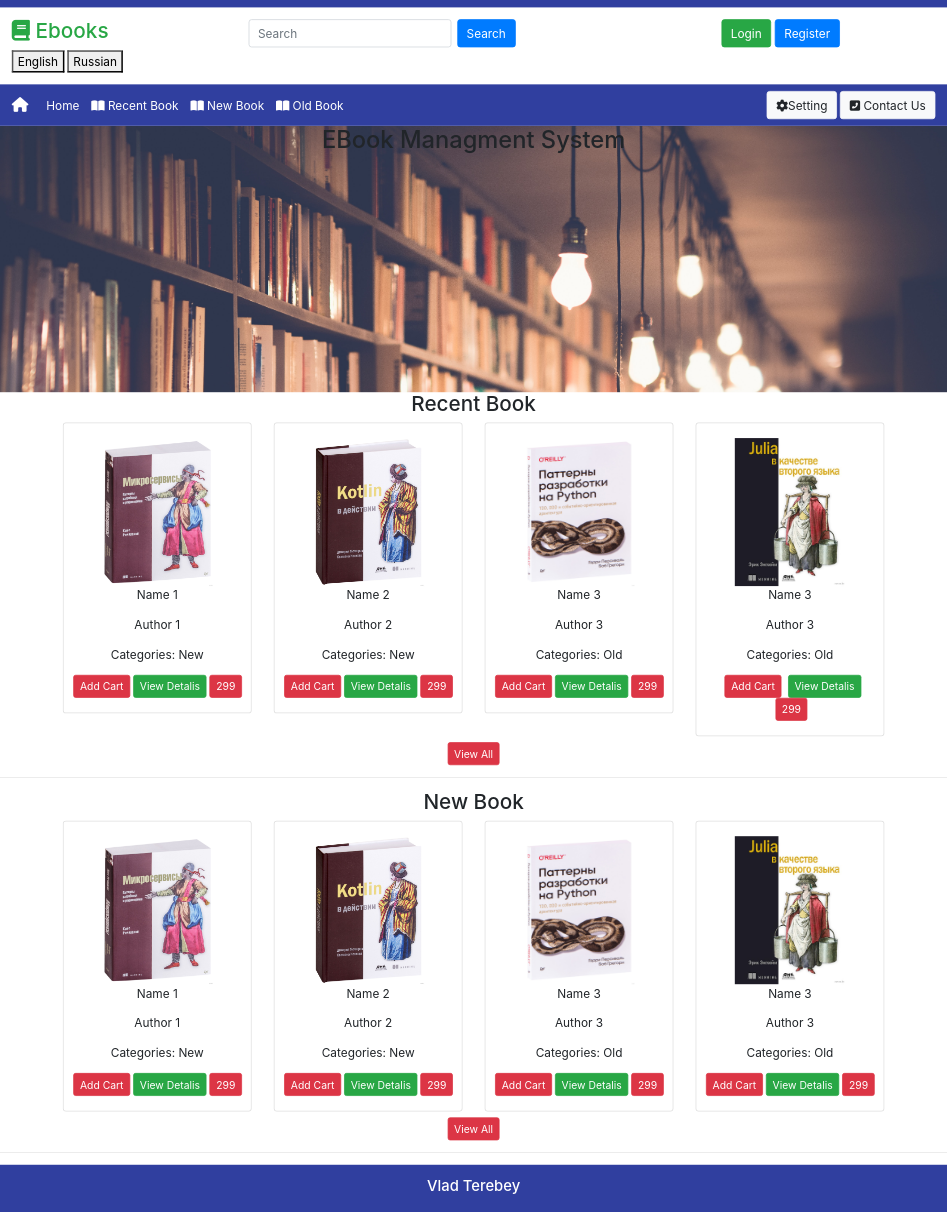
Repository: vladterebey/Web-Technologies
Page: http://localhost/Ebook-App/
The author's editor kept a copy of each file at every save. The page is drawn from the files as they stood at one save, then again after the next save.
The browser window is 1280 px wide. The pictures show the whole page, at 74% of full size.
Some web libraries are served in a nearby version. The page is served by Tomcat 10. Other server files are loaded and not shown.

Above is the page before, as saved 2023-11-20 09:22:08.

### Ebook-App/src/main/webapp/index.jsp
<%@ page import="java.sql.Connection" %>
<%@ page import="com.db.DbConnect" %>
<%@ taglib uri="http://java.sun.com/jsp/jstl/core" prefix="c" %>
<!DOCTYPE html>
<html>
<head>
<meta charset="ISO-8859-1">
<title>Ebook</title>
<%@include file="all_component/allCss.jsp"%>
<style type="text/css">
.back-img {
	background: url("img/back_img.jpg");
	height: 50vh;
	width: 100%;
	background-size: cover;
	background-repeat: no-repeat;
}

.crd-ho:hover {
	background-color: #fcf7f7;
}
</style>
</head>
<body>
	<div class="main-container">
		<%@include file="all_component/navbar.jsp"%>
		<div class="container-fluid back-img">
			<h2 class="text-center" id="lang-ebook-system">EBook Managment System</h2>
		</div>


		<!-- Start Recent Book -->
		<div class="container">
			<h3 class="text-center" id="lang-recent-book">Recent Book</h3>
			<div class="row">
				<div class="col-md-3">
					<div class="card crd-ho">
						<div class="card-body text-center">
							<img alt="" src="book/book1.jpg"
								style="width: 150px; height: 200px;" class="img-thumblin">
							<p id="lang-name1">Name 1</p>
							<p id="lang-author1">Author 1</p>
							<p id="lang-category1">Categories: New</p>
							<div class="row">
								<a href="" class="btn btn-danger btn-sm ml-2" id="lang-add-cart"><i
									class="fas fa-cart-plus"></i> Add Cart</a> <a href=""
									class="btn btn-success btn-sm ml-1" id="lang-view-details">View Details</a> <a href=""
									class="btn btn-danger btn-sm ml-1">299</a>
							</div>
						</div>
					</div>
				</div>
				<div class="col-md-3">
					<div class="card crd-ho">
						<div class="card-body text-center">
							<img alt="" src="book/book2.jpg"
								style="width: 150px; height: 200px;" class="img-thumblin">
							<p id="lang-name2">Name 2</p>
							<p id="lang-author2">Author 2</p>
							<p id="lang-category2">Categories: New</p>
							<div class="row">
								<a href="" class="btn btn-danger btn-sm ml-2" id="lang-add-cart"><i
									class="fas fa-cart-plus"></i> Add Cart</a> <a href=""
									class="btn btn-success btn-sm ml-1" id="lang-view-details">View Details</a> <a href=""
									class="btn btn-danger btn-sm ml-1">299</a>
							</div>
						</div>
					</div>
				</div>
				<div class="col-md-3">
					<div class="card crd-ho">
						<div class="card-body text-center">
							<img alt="" src="book/book3.jpg"
								style="width: 150px; height: 200px;" class="img-thumblin">
							<p id="lang-name3">Name 3</p>
							<p id="lang-author3">Author 3</p>
							<p id="lang-category3">Categories: Old</p>
							<div class="row">
								<a href="" class="btn btn-danger btn-sm ml-2" id="lang-add-cart"><i
									class="fas fa-cart-plus"></i> Add Cart</a> <a href=""
									class="btn btn-success btn-sm ml-1" id="lang-view-details">View Details</a> <a href=""
									class="btn btn-danger btn-sm ml-1">299</a>
							</div>
						</div>
					</div>
				</div>
				<div class="col-md-3">
					<div class="card crd-ho">
						<div class="card-body text-center">
							<img alt="" src="book/book4.jpg"
								style="width: 150px; height: 200px;" class="img-thumblin">
							<p id="lang-name3">Name3</p>
							<p id="lang-author3">Author</p>
							<p class="lang-category3">Categories: Old</p>
							<div id="row">
								<a href="" class="btn btn-danger btn-sm ml-2" id="lang-add-cart"><i
									class="fas fa-cart-plus"></i> Add Cart</a> <a href=""
									class="btn btn-success btn-sm ml-1" id="lang-view-details">View Details</a> <a href=""
									class="btn btn-danger btn-sm ml-1">299</a>
							</div>
						</div>
					</div>
				</div>
			</div>
			<div class="text-center mt-2">
				<a href="" class="btn btn-danger btn-sm text-white" id="lang-view-all">View All</a>
			</div>
		</div>
		<!-- End Recent Book  -->

		<!--<div style="height: 1px; width: 1080px; background-color: #f7f7f7; margin: 20px 20px"></div> -->
		<hr>

		<!-- Start New Book -->
		<div class="container">
			<h3 class="text-center" id="lang-new-book">New Book</h3>
			<div class="row">
				<div class="col-md-3">
					<div class="card crd-ho">
						<div class="card-body text-center">
							<img alt="" src="book/book1.jpg"
								style="width: 150px; height: 200px;" class="img-thumblin">
							<p id="lang-name1">Name1</p>
							<p id="lang-author1">Author</p>
							<p id="lang-category1">Categories: New</p>
							<div class="row">
								<a href="" class="btn btn-danger btn-sm ml-2" id="lang-add-cart"><i
									class="fas fa-cart-plus"></i> Add Cart</a> <a href=""
									class="btn btn-success btn-sm ml-1" id="lang-view-details">View Details</a> <a href=""
									class="btn btn-danger btn-sm ml-1">299</a>
							</div>
						</div>
					</div>
				</div>
				<div class="col-md-3">
					<div class="card crd-ho">
						<div class="card-body text-center">
							<img alt="" src="book/book2.jpg"
								style="width: 150px; height: 200px;" class="img-thumblin">
							<p id="lang-name2">Name2</p>
							<p id="lang-author2">Author</p>
							<p id="lang-category2">Categories: New</p>
							<div class="row">
								<a href="" class="btn btn-danger btn-sm ml-2" id="lang-add-cart"><i
									class="fas fa-cart-plus"></i> Add Cart</a> <a href=""
									class="btn btn-success btn-sm ml-1" id="lang-view-details">View Details</a> <a href=""
									class="btn btn-danger btn-sm ml-1">299</a>
							</div>
						</div>
					</div>
				</div>
				<div class="col-md-3">
					<div class="card crd-ho">
						<div class="card-body text-center">
							<img alt="" src="book/book3.jpg"
								style="width: 150px; height: 200px;" class="img-thumblin">
							<p id="lang-name3">Name3</p>
							<p id="lang-author3">Author</p>
							<p id="lang-category3">Categories: Old</p>
							<div class="row">
								<a href="" class="btn btn-danger btn-sm ml-2" id="lang-add-cart"><i
									class="fas fa-cart-plus"></i> Add Cart</a> <a href=""
									class="btn btn-success btn-sm ml-1" id="lang-view-details">View Details</a> <a href=""
									class="btn btn-danger btn-sm ml-1">299</a>
							</div>
						</div>
					</div>
				</div>
				<div class="col-md-3">
					<div class="card crd-ho">
						<div class="card-body text-center">
							<img alt="" src="book/book4.jpg"
								style="width: 150px; height: 200px;" class="img-thumblin">
							<p id="lang-name3">Name3</p>
							<p id="lang-author3">Author</p>
							<p id="lang-category3">Categories: New</p>
							<div class="row">
								<a href="" class="btn btn-danger btn-sm ml-2" id="lang-add-cart"><i
									class="fas fa-cart-plus"></i> Add Cart</a> <a href=""
									class="btn btn-success btn-sm ml-1" id="lang-view-details">View Details</a> <a href=""
									class="btn btn-danger btn-sm ml-1">299</a>
							</div>
						</div>
					</div>
				</div>
			</div>
			<div class="text-center mt-2">
				<a href="" class="btn btn-danger btn-sm text-white" id="lang-view-all">View All</a>
			</div>
		</div>
		<!-- End New Book  -->

		<hr>

	</div>
	<jsp:include page="all_component/footer_main.jsp"/>
	<jsp:include page="all_component/script.jsp"/>
</body>
</html>

### Ebook-App/src/main/webapp/all_component/allCss.jsp
<link rel="stylesheet"
	href="https://cdn.jsdelivr.net/npm/bootstrap@4.0.0/dist/css/bootstrap.min.css"
	integrity="sha384-Gn5384xqQ1aoWXA+058RXPxPg6fy4IWvTNh0E263XmFcJlSAwiGgFAW/dAiS6JXm"
	crossorigin="anonymous">

<script src="https://code.jquery.com/jquery-3.2.1.slim.min.js"
	integrity="sha384-KJ3o2DKtIkvYIK3UENzmM7KCkRr/rE9/Qpg6aAZGJwFDMVNA/GpGFF93hXpG5KkN"
	crossorigin="anonymous">

</script>
<script
	src="https://cdn.jsdelivr.net/npm/popper.js@1.12.9/dist/umd/popper.min.js"
	integrity="sha384-ApNbgh9B+Y1QKtv3Rn7W3mgPxhU9K/ScQsAP7hUibX39j7fakFPskvXusvfa0b4Q"
	crossorigin="anonymous">

</script>
<script
	src="https://cdn.jsdelivr.net/npm/bootstrap@4.0.0/dist/js/bootstrap.min.js"
	integrity="sha384-JZR6Spejh4U02d8jOt6vLEHfe/JQGiRRSQQxSfFWpi1MquVdAyjUar5+76PVCmYl"
	crossorigin="anonymous">

</script>

<link rel="stylesheet"
	href="https://cdnjs.cloudflare.com/ajax/libs/font-awesome/6.4.2/css/all.min.css"
	integrity="sha512-z3gLpd7yknf1YoNbCzqRKc4qyor8gaKU1qmn+CShxbuBusANI9QpRohGBreCFkKxLhei6S9CQXFEbbKuqLg0DA=="
	crossorigin="anonymous" referrerpolicy="no-referrer" />

<link rel="stylesheet" href="all_component/styles.css"></link>

### Ebook-App/src/main/webapp/all_component/navbar.jsp
<%-- Добавленная часть  --%>
<%-- Код переписанный на чистый html css добавленной части - N1--%>
<style>
	a:hover {
		text-decoration: none;
	}
</style>
<div class="container=fluid"
	style="height: 10px; background-color: #303f9f"></div>
<div class="container-fluid p-3">
	<div class="row">
		<div class="col-md-3">
			<h3 class="text-success">
				<a href="index.jsp" class="text-success"><i class="fa-solid fa-book"></i> Ebooks</a>
			</h3>
	    <button id="lang-en">English</button>
	    <button id="lang-ru">Russian</button>
		</div>
		<div class="col-md-6">
			<form class="form-inline my-2 my-lg-0">
				<input class="form-control mr-sm-2" type="search"
					placeholder="Search" aria-label="Search">
				<button class="btn btn-primary my-2 my-sm-0" type="submit">Search</button>
			</form>
		</div>
		<div class="col-md-3">
			<a href="login.jsp" class="btn btn-success">Login</a> <a href="register.jsp"
				class="btn btn-primary">Register</a>
		</div>
	</div>
</div>

<%-- Взято полностью из bootstrap--%>
<nav class="navbar navbar-expand-lg navbar-dark bg-custom">
	<a class="navbar-brand" href="#"><i class="fa-solid fa-house"></i></a>
	<button class="navbar-toggler" type="button" data-toggle="collapse"
		data-target="#navbarSupportedContent"
		aria-controls="navbarSupportedContent" aria-expanded="false"
		aria-label="Toggle navigation">
		<span class="navbar-toggler-icon"></span>
	</button>

	<div class="collapse navbar-collapse" id="navbarSupportedContent">
		<ul class="navbar-nav mr-auto">
			<li class="nav-item active"><a class="nav-link" href="#">Home<span
					class="sr-only">(current)</span>
			</a></li>
			<li class="nav-item active"><a class="nav-link" href="#"><i
					class="fas fa-book-open"></i> Recent Book</a></li>
			<li class="nav-item active"><a class="nav-link" href="#"><i
					class="fas fa-book-open"></i> New Book</a></li>

			<li class="nav-item active"><a class="nav-link disabled"
				href="#"><i class="fas fa-book-open"></i> Old Book</a></li>
		</ul>
		<form class="form-inline my-2 my-lg-0">
			<button class="btn btn-light my-2 my-sm-0 ml-1" type="submit">
				<i class="fas fa-cog"></i>Setting
			</button>
			<button class="btn btn-light my-2 my-sm-0 ml-1" type="submit">
				<i class="fas fa-phone-square-alt"></i> Contact Us
			</button>
		</form>
	</div>
</nav>

### Ebook-App/src/main/webapp/all_component/footer_main.jsp
<div class="container-fluid text-center text-white p-3 mt-2"
	 style="background-color: #303f9f;">
	<h5>Vlad Terebey</h5>
</div>

### Ebook-App/src/main/webapp/all_component/script.jsp
<%@ taglib uri="http://java.sun.com/jsp/jstl/core" prefix="c" %>
<script src="<c:url value="/js/translate.js"/>"></script>

### Ebook-App/src/main/webapp/all_component/styles.css
.bg-custom {
	background-color: #303f9f;
}

.navbar .nav-item:hover .nav-link{
	background-color: white;
	color: blue;
	border-radius: 15px;
}

### Ebook-App/src/main/webapp/js/translate.js
if (typeof Storage !== "undefined") {
    function toLanguage(lang) {
        if (localStorage.getItem("lang") !== lang) {
            localStorage.setItem("lang", lang);
            loadTranslations(lang);
        }
    }

    function loadTranslations(lang) {
        fetch(`json/translations_${lang}.json`)
            .then((response) => response.json())
            .then((translations) => {
                for (const key in translations) {
                    const elements = document.querySelectorAll(`[id="${key}"]`);
                    elements.forEach((element) => {
                        element.innerHTML = translations[key] || "";
                    });
                }
            })
            .catch((error) => {
                console.error('Error fetching translations:', error);
            });
    }

    const langEn = document.getElementById("lang-en");
    if (langEn) {
        langEn.addEventListener("click", () => toLanguage("eng"));
    }

    const langBe = document.getElementById("lang-ru");
    if (langBe) {
        langBe.addEventListener("click", () => toLanguage("ru"));
    }

    const storedLang = localStorage.getItem("lang") || "eng";
    loadTranslations(storedLang);
}

### Ebook-App/src/main/webapp/json/translations_eng.json
{
	"lang-recent-book": "Recent Book",
	"lang-ebook-system": "EBook Managment System",
	"lang-name1":"Name 1",
	"lang-author1": "Author 1",
	"lang-category1": "Categories: New",
	"lang-add-cart": "Add Cart",
	"lang-view-details": "View Detalis",
	"lang-name2":"Name 2",
	"lang-author2":"Author 2",
	"lang-category2":"Categories: New",
	"lang-view-all":"View All",
	"lang-new-book":"New Book",
	"lang-name3":"Name 3",
	"lang-author3":"Author 3",
	"lang-category3":"Categories: Old"
}

### Ebook-App/src/main/webapp/json/translations_ru.json
{
	"lang-recent-book": "Недавние книги",
	"lang-ebook-system": "Система упарвления EBook",
	"lang-name1":"Название 1",
	"lang-author1": "Автор 1",
	"lang-category1": "Категории: Новое",
	"lang-add-cart": "Добавить в корзину",
	"lang-view-details": "Посмотреть детали",
	"lang-name2":"Название 2",
	"lang-author2":"Автор 2",
	"lang-category2":"Категории: Новое",
	"lang-view-all":"Посмотреть все",
	"lang-new-book":"Новые книги",
	"lang-author3":"Автор 3",
	"lang-category3":"Категории: Старое"
}

After the next save:
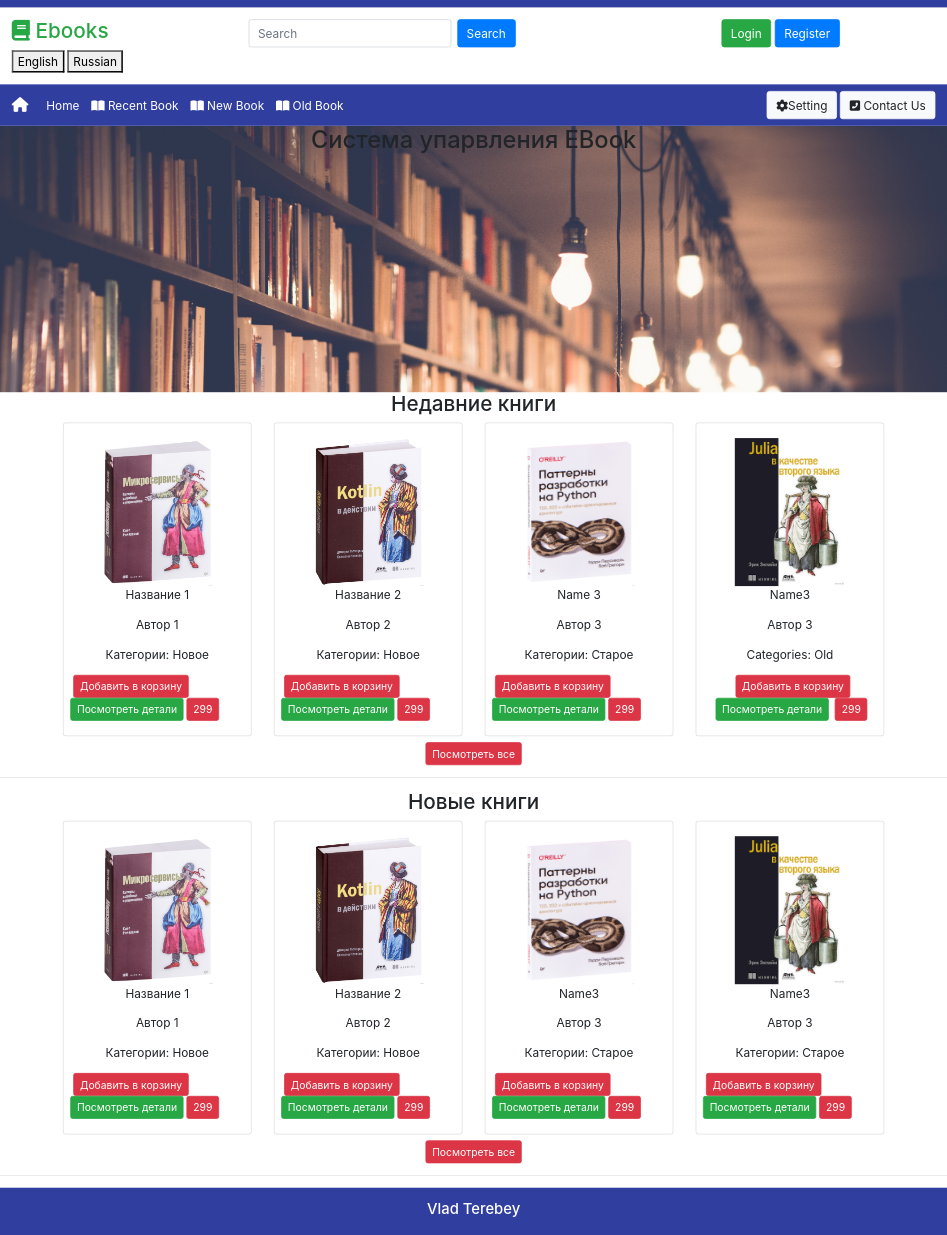
Saved 87 s later.
--- a/Ebook-App/src/main/webapp/js/translate.js
+++ b/Ebook-App/src/main/webapp/js/translate.js
@@ -32,6 +32,6 @@ if (typeof Storage !== "undefined") {
         langBe.addEventListener("click", () => toLanguage("ru"));
     }
 
-    const storedLang = localStorage.getItem("lang") || "eng";
+    const storedLang = localStorage.getItem("lang") || "ru";
     loadTranslations(storedLang);
 }
